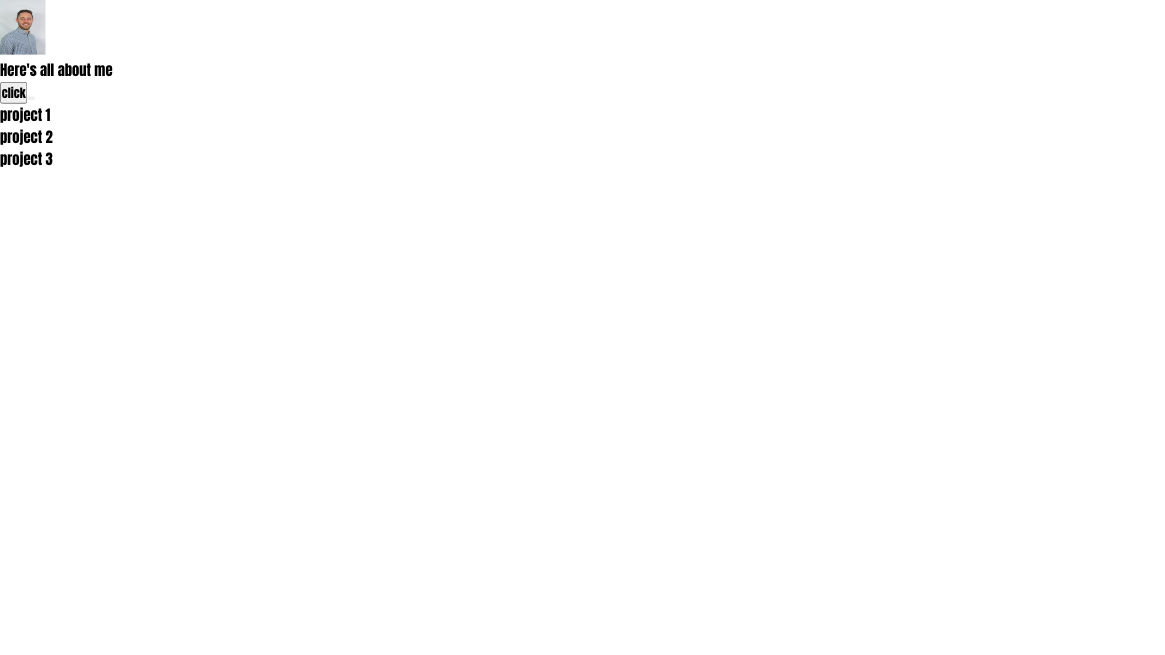
Repository: Kobramall/portfolio-project
Page: /portfolio
An editor plug-in stored every save of this project. The page is shown before and after the next save, followed by the edit.
The browser window is 1280 px wide. The pictures show the whole page, at 91% of full size.
The project was rebuilt for these pictures with package versions that can differ from the ones it lists, and the page was loaded fresh each time. Also part of the build but not shown: src/App.css, src/componets/Main.jsx. Imported but missing from the stored project, and not drawn on this page: src/assets/Landscape.mov.

Above is the page before, as saved 2022-11-01 15:04:16.

### src/index.css
*{
  margin:0;
  padding: 0;
  font-family: Impact, Haettenschweiler, 'Arial Narrow Bold', sans-serif;
}


.main{
  width: 100%;
  height: 100%;
}

video{
  width: 100%;
  height: 100%;
  object-fit: cover;
}

.content{
  position: absolute;
  width: 100%;
  height: 100%;
  top:0;
  display: flex;
  flex-direction: column;
  justify-content: center;
  align-items: center;
  color: azure;
  font-size: 6px;
}
.content button{
  color:azure;
  background-color: #fff;
  background-color: rgba(255, 255, 255, 0.5);
  font-size: 7px;
  border-color: transparent;
}

.content button:hover{
  background-color: lightblue;
}

.overlay{
  position: absolute;
  top: 0;
  left: 0;
  width: 100%;
  height: 100%;
}

### src/App.js
import './App.css';
import Main from './componets/Main'
import Portfolio from './componets/Portfolio';
import {BrowserRouter as Router, Routes, Route } from "react-router-dom";

function App() {
  return (
    <Router>
      <Routes>
        <Route path="/" element={<Main />} />
        <Route path="/portfolio" element={<Portfolio />} />
       </Routes>
    </Router>
  )
}

export default App;

### src/componets/Portfolio.jsx
import React from'react'
import Img from '../assets/IMG-3147.jpg'


const Portfolio = () =>{
    return(
        <div className='portfolio'>
            <div className='intro'>
               <img src={Img} alt="Profile Picture" width="50" height="60"/>
               <p>Here's all about me</p>
            </div>
            <div className='projectLinks'>
                    <button>click<link rel="stylesheet" href="" /></button>
                    <button><link rel="stylesheet" href="" /></button>
                    <button><link rel="stylesheet" href="" /></button>
            </div>
            <div className='projectDes'>
                   <p>project 1</p>
                   <p>project 2</p>
                   <p>project 3</p>
            </div>
            <footer>

            </footer>
        </div>
    )
}

export default Portfolio

Loaded but not shown: public/index.html (common file); src/index.js (common file); src/reportWebVitals.js (common file)

After the next save:
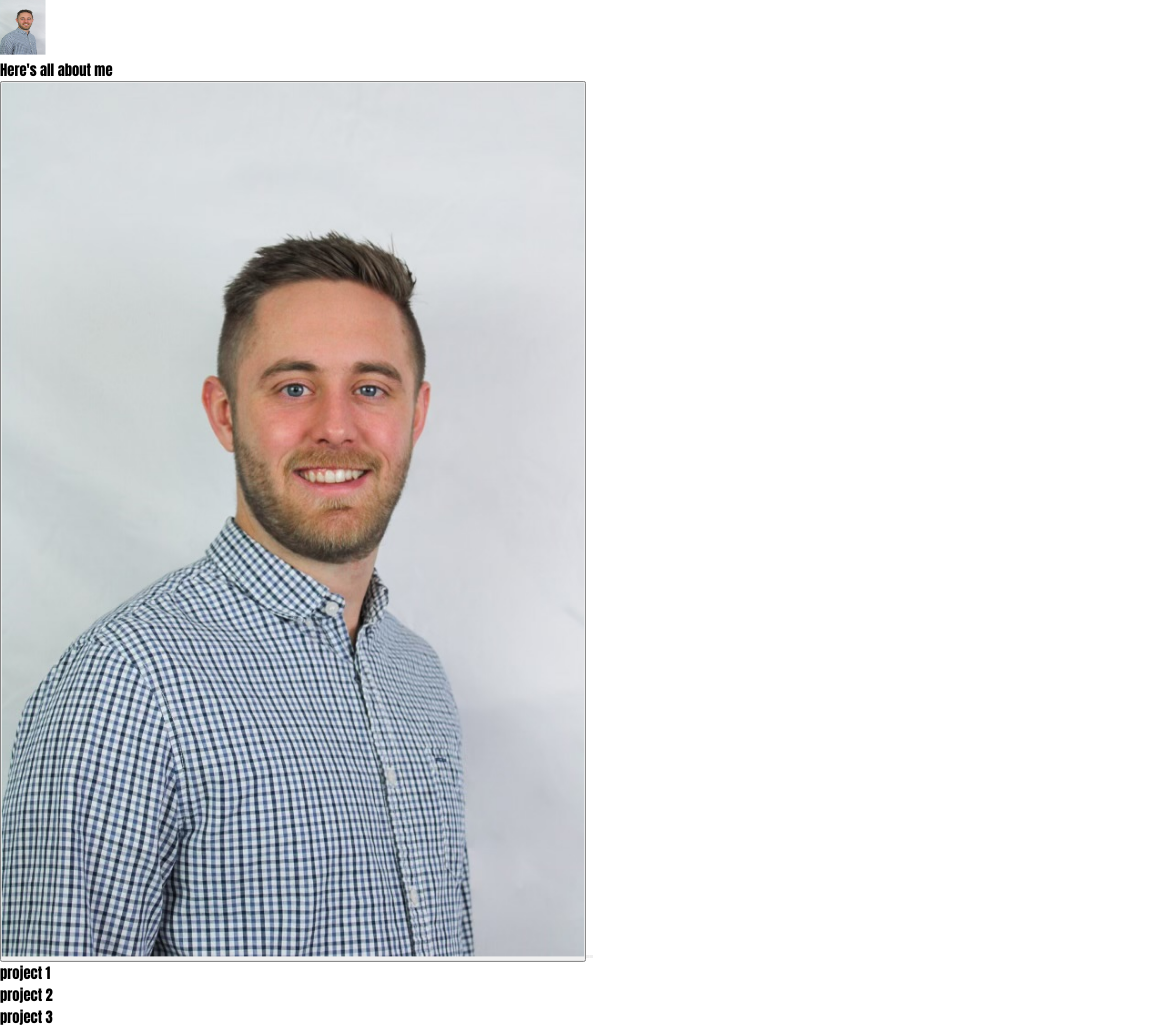
Saved 77 s later.
--- a/src/componets/Portfolio.jsx
+++ b/src/componets/Portfolio.jsx
@@ -10,7 +10,7 @@
                <p>Here's all about me</p>
             </div>
             <div className='projectLinks'>
-                    <button>click<link rel="stylesheet" href="" /></button>
+                    <button><link rel="stylesheet" href="" /><img src={Img} /></button>
                     <button><link rel="stylesheet" href="" /></button>
                     <button><link rel="stylesheet" href="" /></button>
             </div>

After the save that followed:
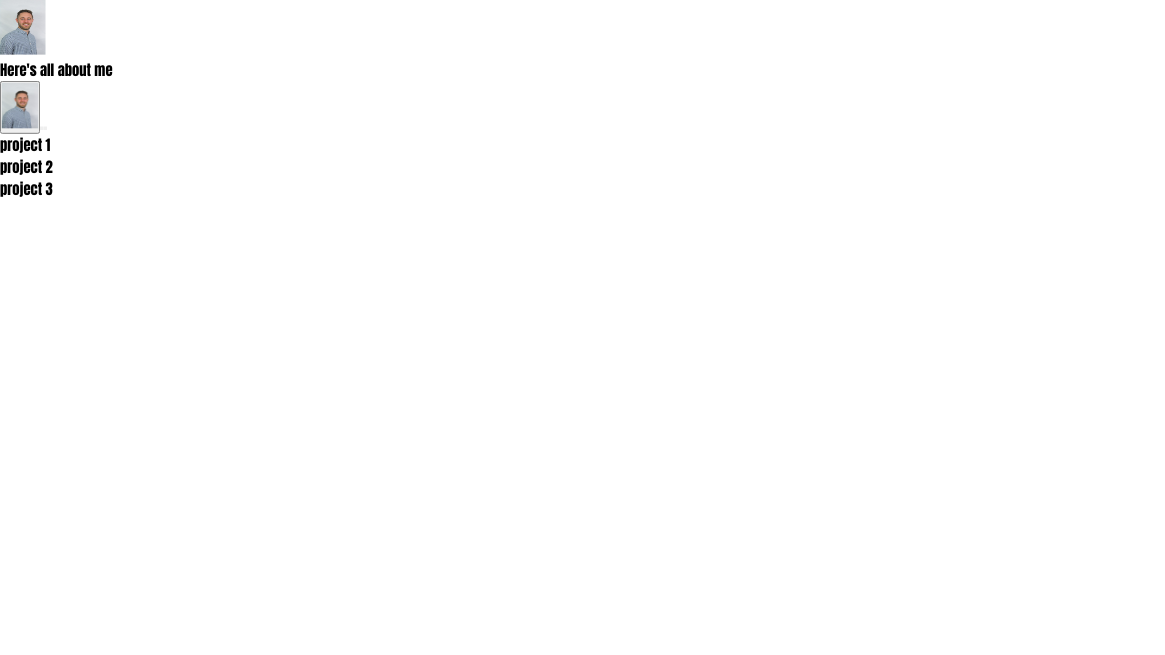
Saved 56 s later.
--- a/src/componets/Portfolio.jsx
+++ b/src/componets/Portfolio.jsx
@@ -10,7 +10,7 @@
                <p>Here's all about me</p>
             </div>
             <div className='projectLinks'>
-                    <button><link rel="stylesheet" href="" /><img src={Img} /></button>
+                    <button><link rel="stylesheet" href="" /><img src={Img} alt="filler pics" width="40" height="50"/></button>
                     <button><link rel="stylesheet" href="" /></button>
                     <button><link rel="stylesheet" href="" /></button>
             </div>
